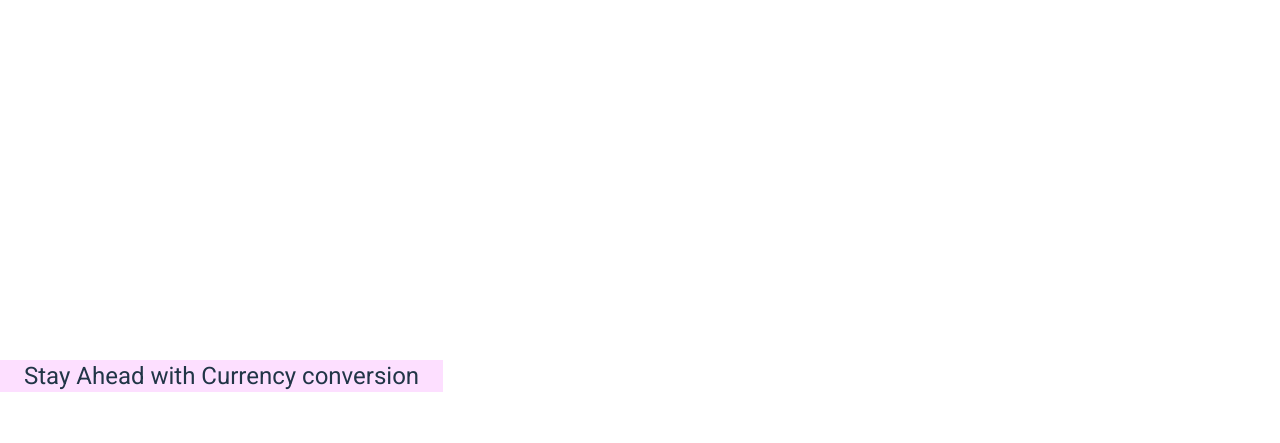
Repository: Asad-devv/CURRENCY
Page: /
An editor plug-in stored every save of this project. The page is shown before and after the next save, followed by the edit.
The browser window is 1280 px wide. The pictures show the whole page.
The project was rebuilt for these pictures with package versions that can differ from the ones it lists, and the page was loaded fresh each time. Also part of the build but not shown: craco.config.js.

Above is the page before, as saved 2023-03-01 20:09:37.

After the next save:
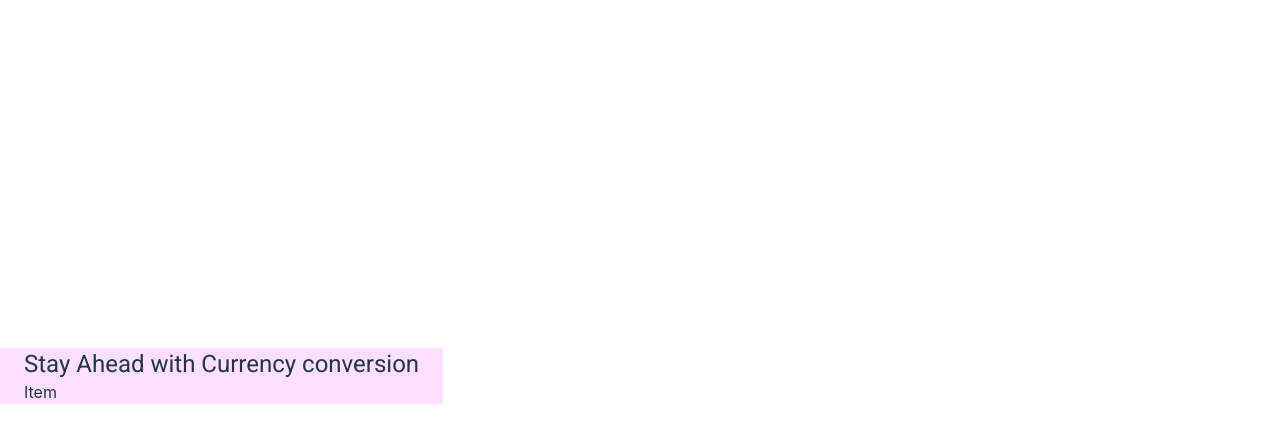
Saved 10 s later.
--- a/src/App.jsx
+++ b/src/App.jsx
@@ -11,7 +11,7 @@ function App() {
       <Typography variant = "h5"sx={{mt:"2rem"}}>Stay Ahead with Currency conversion</Typography>
       <Grid container>
         <Grid item>
-
+          Item
         </Grid>
       </Grid>
     </Container>
